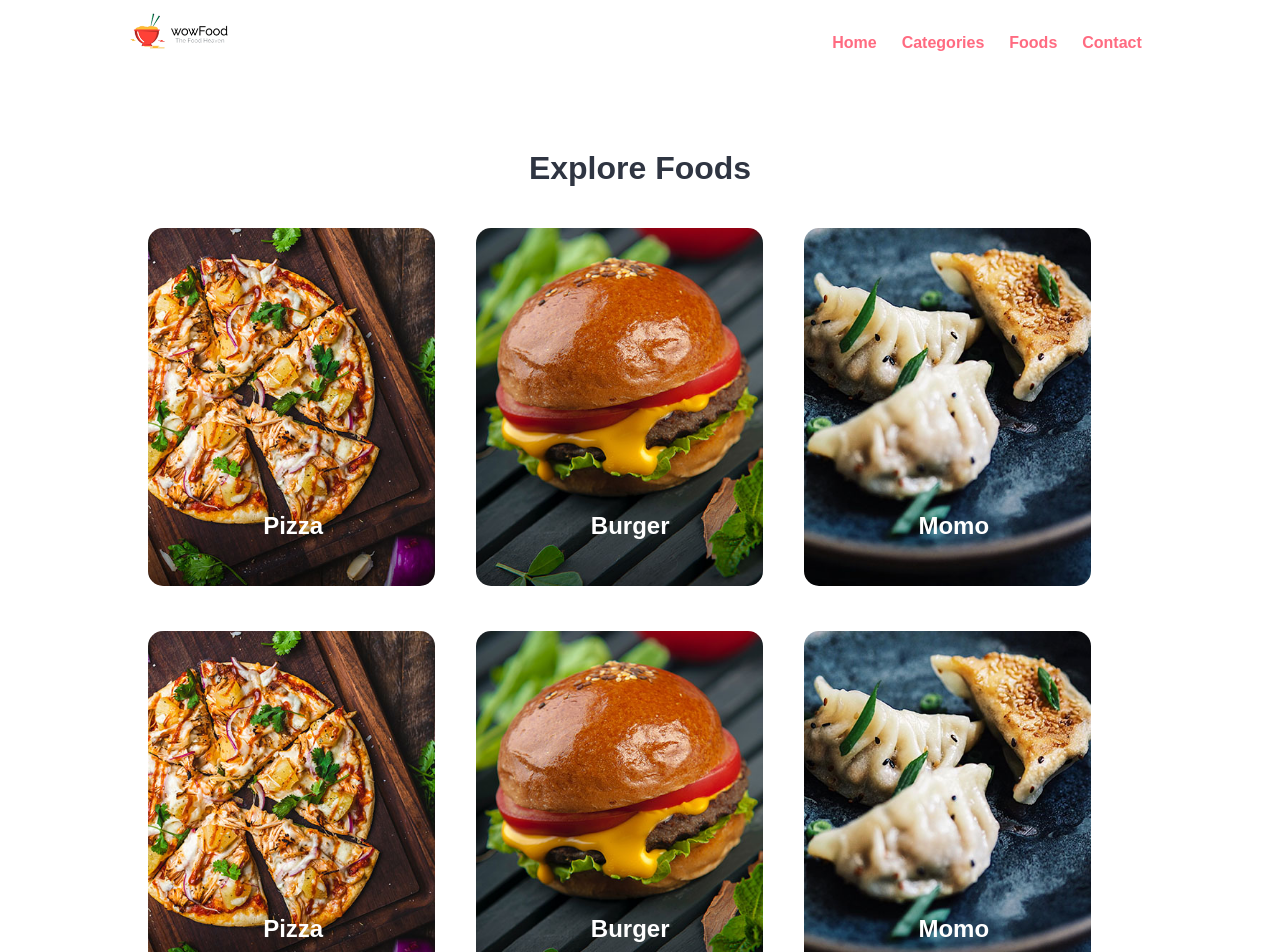
Repository: Saviour-Dagadu/food-order-front
Page: categories.html
These files come from the project's save history. The page is drawn as it stood at one moment and after the next save; the edit follows.
The browser window is 1280 px wide. The pictures show the part of the page from y = 0 to 952 px (the page is 2562 px tall before and 2805 px after).
A picture or video elsewhere on the page could not be fetched, so the positions and the page height are approximate.

Above is the page before, as saved 2024-05-16 10:58:22.

### categories.html
<!DOCTYPE html>
<html lang="en">
<head>
    <meta charset="UTF-8">
    <!-- Important to make website responsive -->
    <meta name="viewport" content="width=device-width, initial-scale=1.0">
    <title>Restaurant Website</title>

    <!-- Link our CSS file -->
    <link rel="stylesheet" href="css/style.css">
</head>

<body>
    <!-- Navbar Section Starts Here -->
    <section class="navbar">
        <div class="container">
            <div class="logo">
                <a href="#" title="Logo">
                    <img src="images/logo.png" alt="Restaurant Logo" class="img-responsive">
                </a>
            </div>

            <div class="menu text-right">
                <ul>
                    <li>
                        <a href="index.html">Home</a>
                    </li>
                    <li>
                        <a href="categories.html">Categories</a>
                    </li>
                    <li>
                        <a href="foods.html">Foods</a>
                    </li>
                    <li>
                        <a href="contact.html">Contact</a>
                    </li>
                </ul>
            </div>

            <div class="clearfix"></div>
        </div>
    </section>
    <!-- Navbar Section Ends Here -->



    <!-- CAtegories Section Starts Here -->
    <section class="categories">
        <div class="container">
            <h2 class="text-center">Explore Foods</h2>

            <a href="category-foods.html">
            <div class="box-3 float-container">
                <img src="images/pizza.jpg" alt="Pizza" class="img-responsive img-curve">

                <h3 class="float-text text-white">Pizza</h3>
            </div>
            </a>

            <a href="#">
            <div class="box-3 float-container">
                <img src="images/burger.jpg" alt="Burger" class="img-responsive img-curve">

                <h3 class="float-text text-white">Burger</h3>
            </div>
            </a>

            <a href="#">
            <div class="box-3 float-container">
                <img src="images/momo.jpg" alt="Momo" class="img-responsive img-curve">

                <h3 class="float-text text-white">Momo</h3>
            </div>
            </a>

            <a href="#">
            <div class="box-3 float-container">
                <img src="images/pizza.jpg" alt="Pizza" class="img-responsive img-curve">

                <h3 class="float-text text-white">Pizza</h3>
            </div>
            </a>

            <a href="#">
            <div class="box-3 float-container">
                <img src="images/burger.jpg" alt="Burger" class="img-responsive img-curve">

                <h3 class="float-text text-white">Burger</h3>
            </div>
            </a>

            <a href="#">
            <div class="box-3 float-container">
                <img src="images/momo.jpg" alt="Momo" class="img-responsive img-curve">

                <h3 class="float-text text-white">Momo</h3>
            </div>
            </a>
            <a href="#">
            <div class="box-3 float-container">
                <img src="images/pizza.jpg" alt="Pizza" class="img-responsive img-curve">

                <h3 class="float-text text-white">Pizza</h3>
            </div>
            </a>

            <a href="#">
            <div class="box-3 float-container">
                <img src="images/burger.jpg" alt="Burger" class="img-responsive img-curve">

                <h3 class="float-text text-white">Burger</h3>
            </div>
            </a>

            <a href="#">
            <div class="box-3 float-container">
                <img src="images/momo.jpg" alt="Momo" class="img-responsive img-curve">

                <h3 class="float-text text-white">Momo</h3>
            </div>
            </a>

            <a href="#">
            <div class="box-3 float-container">
                <img src="images/pizza.jpg" alt="Pizza" class="img-responsive img-curve">

                <h3 class="float-text text-white">Pizza</h3>
            </div>
            </a>

            <a href="#">
            <div class="box-3 float-container">
                <img src="images/burger.jpg" alt="Burger" class="img-responsive img-curve">

                <h3 class="float-text text-white">Burger</h3>
            </div>
            </a>

            <a href="#">
            <div class="box-3 float-container">
                <img src="images/momo.jpg" alt="Momo" class="img-responsive img-curve">

                <h3 class="float-text text-white">Momo</h3>
            </div>
            </a>



            <div class="clearfix"></div>
        </div>
    </section>
    <!-- Categories Section Ends Here -->


   <!-- social Section Starts Here -->
<section class="social">
	<div class="container text-center">
		<ul>
			<li>
				<a href="https://www.facebook.com/saviou/"><img src="https://img.icons8.com/fluent/50/000000/facebook-new.png"/></a>
			</li>
			<li>
				<a href="https://www.instagram.com/saviour_dagadu/"><img src="https://img.icons8.com/fluent/48/000000/instagram-new.png"/></a>
			</li>
			<li>
				<a href="https://twitter.com/savicode"><img src="https://img.icons8.com/fluent/48/000000/twitter.png"/></a>
			</li>
		</ul>
	</div>
</section>
<!-- social Section Ends Here -->

<!-- footer Section Starts Here -->
<section class="footer">
	<div class="container text-center">
		<p>All rights reserved. Designed By <a href="https://saviourdagadu.netlify.app/">Saviour Dagadu</a></p>
	</div>
</section>
<!-- footer Section Ends Here -->

</body>
</html>

### css/style.css
/*
    Author: Vijay Thapa;
    Theme: Restaurant Food Order;
    version: 1.0;
*/

/* CSS for All */
*{
    margin: 0 0;
    padding: 0 0;
    font-family: Arial, Helvetica, sans-serif;
}
.container{
    width: 80%;
    margin: 0 auto;
    padding: 1%;
}
.img-responsive{
    width: 100%;
}
.img-curve{
    border-radius: 15px;
}

.text-right{
    text-align: right;
}
.text-center{
    text-align: center;
}
.text-left{
    text-align: left;
}
.text-white{
    color: white;
}

.clearfix{
    clear: both;
    float: none;
}

a{
    color: #ff6b81;
    text-decoration: none;
}
a:hover{
    color: #ff4757;
}

.btn{
    padding: 1%;
    border: none;
    font-size: 1rem;
    border-radius: 5px;
}
.btn-primary{
    background-color: #ff6b81;
    color: white;
    cursor: pointer;
}
.btn-primary:hover{
    color: white;
    background-color: #ff4757;
}
h2{
    color: #2f3542;
    font-size: 2rem;
    margin-bottom: 2%;
}
h3{
    font-size: 1.5rem;
}
.float-container{
    position: relative;
}
.float-text{
    position: absolute;
    bottom: 50px;
    left: 40%;
}
fieldset{
    border: 1px solid white;
    margin: 5%;
    padding: 3%;
    border-radius: 5px;
}


/* CSSS for navbar section */

.logo{
    width: 10%;
    float: left;
}
.menu{
    line-height: 60px;
}
.menu ul{
    list-style-type: none;
}

.menu ul li{
    display: inline;
    padding: 1%;
    font-weight: bold;
}


/* CSS for Food SEarch Section */

.food-search{
    background-image: url(../images/bg.jpg);
    background-size: cover;
    background-repeat: no-repeat;
    background-position: center;
    padding: 7% 0;
}

.food-search input[type="search"]{
    width: 50%;
    padding: 1%;
    font-size: 1rem;
    border: none;
    border-radius: 5px;
}


/* CSS for Categories */
.categories{
    padding: 4% 0;
}

.box-3{
    width: 28%;
    float: left;
    margin: 2%;
}


/* CSS for Food Menu */
.food-menu{
    background-color: #ececec;
    padding: 4% 0;
}
.food-menu-box{
    width: 43%;
    margin: 1%;
    padding: 2%;
    float: left;
    background-color: white;
    border-radius: 15px;
}

.food-menu-img{
    width: 20%;
    float: left;
}

.food-menu-desc{
    width: 70%;
    float: left;
    margin-left: 8%;
}

.food-price{
    font-size: 1.2rem;
    margin: 2% 0;
}
.food-detail{
    font-size: 1rem;
    color: #747d8c;
}


/* CSS for Social */
.social ul{
    list-style-type: none;
}
.social ul li{
    display: inline;
    padding: 1%;
}

/* for Order Section */
.order{
    width: 50%;
    margin: 0 auto;
}
.input-responsive{
    width: 96%;
    padding: 1%;
    margin-bottom: 3%;
    border: none;
    border-radius: 5px;
    font-size: 1rem;
}
.order-label{
    margin-bottom: 1%;
    font-weight: bold;
}

/* Contact Section*/

#info{
    padding: 30px 0;
}

#info .container{
     display: flex;
}

#info .info{
    width: 28%;
    height: 300px;
    border-radius: 10px;
    overflow: hidden;

}

#info .info-text{
    border: 1px solid lightgray;
    padding: 10px;
}

#info .info-text h4{
    margin: 5px;
}

#info .info-text .info-text-call{
    margin-bottom: 20px;
}

#info .info-image{
margin-right: 10px;
overflow: hidden;
box-shadow: 0 0 5px #333;
transform: scale (1.04);
transition: all .4s ease-in-out;
}

#info .info-image:hover{
transform: translateY(-15px) scale(1.1);
box-shadow: 0 0 10px #333;
}
#info .info-image img{
max-width: 100%;
height: auto
}

#info .info-image:hover .info-image img{
opacity: 1;
}

       /* message Section */
#message{
    padding: 30px 0;
    background-color: lightgray;
}

#message .message-top{
    text-align: center;
    margin-bottom: 20px;
}

#message .message-top h3{
    text-transform: uppercase;
    margin: 0;
}

#message .message-top h3::after{
    content: "";
    display: block;
    width: 50px;
    height: 3px;
    background-color: gray;
    margin: 10px auto 0;
}

#message .message-bottom{
    color: black;
}

#message .message-bottom label{
    display: block;
    font-size: 17px;
    font-weight: 500;
    margin-bottom: 5px;
}

#message .message-bottom .form-group{
    margin-bottom: 10px;
}

#message .message-bottom .input{
    display: block;
    height: 40px;
    border-radius: 5px;
    border: 1px solid brown;
    padding-left: 10px;
    padding-right: 10px;
    width: 100%;
    font-size: 15px;
    font-family: 'Segoe UI', Tahoma, Geneva, Verdana, Sans-serif;
}

#message .message-bottom input,
#message .message-bottom textarea,
#message .message-bottom button{
    outline: none;
}

#message  textarea{
    width: 100%;
    height: 200px;
    border-radius: 5px;
    border: 1px solid brown;
    background-color: white;
    padding: 5px 10px;
    font: 15px 'Segoe UI', Tahoma, Geneva, Verdana, Sans-serif;
}

#message .message-bottom .btn{
    padding: 10px 20px;
    background-color: brown;
    text-transform: uppercase;
    font: 15px 'Segoe UI', Tahoma, Geneva, Verdana, Sans-serif;
    border: none;
    border-radius: 5px;
    font-weight: 500;
    color: #fff;
    cursor: pointer;
}


/* CSS for Mobile Size or Smaller Screen */

@media only screen and (max-width:768px){
    .logo{
        width: 80%;
        float: none;
        margin: 1% auto;
    }

    .menu ul{
        text-align: center;
    }

    .food-search input[type="search"]{
        width: 90%;
        padding: 2%;
        margin-bottom: 3%;
    }

    .btn{
        width: 91%;
        padding: 2%;
    }

    .food-search{
        padding: 10% 0;
    }

    .categories{
        padding: 20% 0;
    }
    h2{
        margin-bottom: 10%;
    }
    .box-3{
        width: 100%;
        margin: 4% auto;
    }

    .food-menu{
        padding: 20% 0;
    }

    .food-menu-box{
        width: 90%;
        padding: 5%;
        margin-bottom: 5%;
    }
    .social{
        padding: 5% 0;
    }
    .order{
        width: 100%;
    }
}

After the next save:
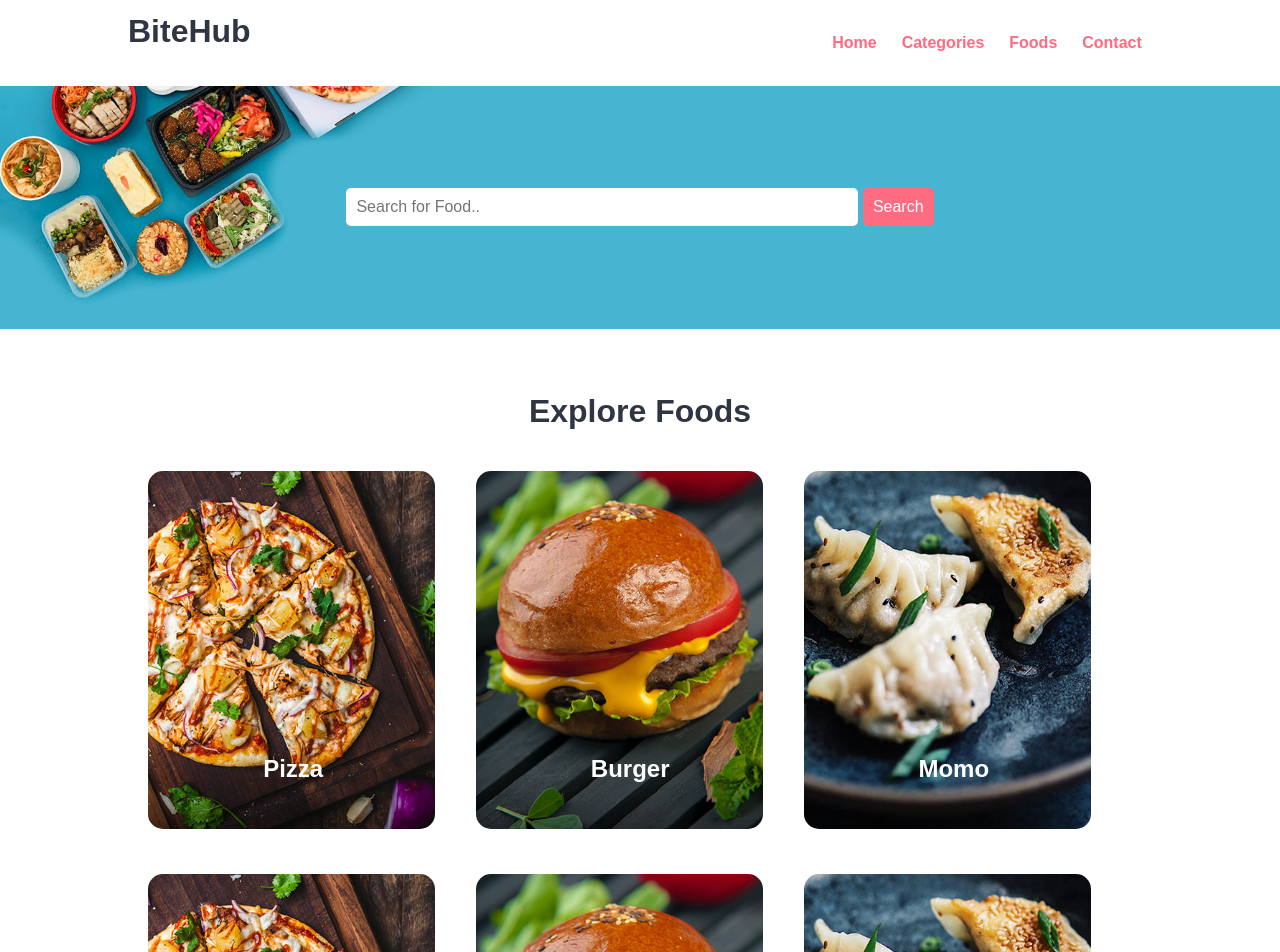
Saved 3 min 8 s later.
--- a/categories.html
+++ b/categories.html
@@ -16,7 +16,8 @@
         <div class="container">
             <div class="logo">
                 <a href="#" title="Logo">
-                    <img src="images/logo.png" alt="Restaurant Logo" class="img-responsive">
+                    <h2>BiteHub</h2>
+                    <!-- <img src="images/logo.png" alt="Restaurant Logo" class="img-responsive"> -->
                 </a>
             </div>
 
@@ -42,7 +43,18 @@
     </section>
     <!-- Navbar Section Ends Here -->
 
+    <!-- fOOD sEARCH Section Starts Here -->
+    <section class="food-search text-center">
+        <div class="container">
 
+            <form action="underConstruction.html" method="POST">
+                <input type="search" name="search" placeholder="Search for Food.." required>
+                <input type="submit" name="submit" value="Search" class="btn btn-primary">
+            </form>
+
+        </div>
+    </section>
+    <!-- fOOD sEARCH Section Ends Here -->
 
     <!-- CAtegories Section Starts Here -->
     <section class="categories">
